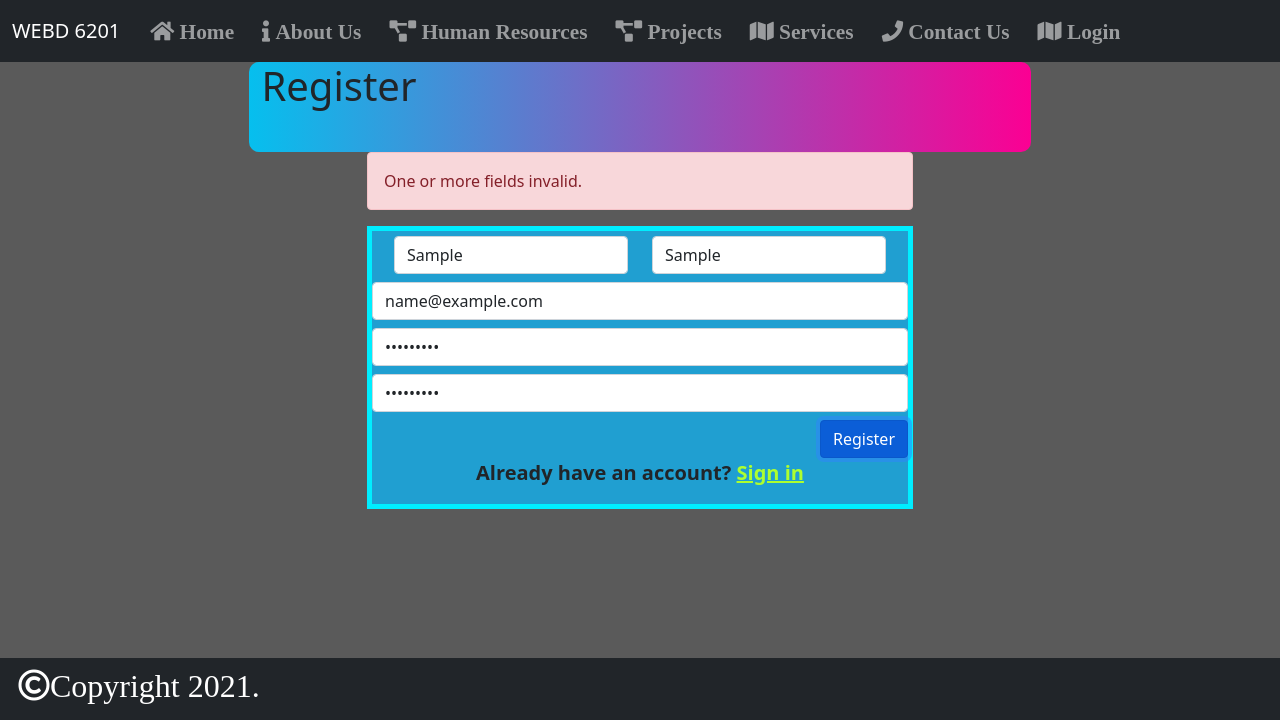
Repository: vans12345678/WEBD6201-W2021-Lab2
Page: register.html
An editor plug-in stored every save of this project. The page is shown before and after the next save, followed by the edit.
The browser window is 1280 px wide. The pictures show the whole page.
Empty fields were first filled with sample values (such as "Sample", 5 or name@example.com).
After loading, the first visible `#registerButton` was clicked once.

Above is the page before, as saved 2021-03-06 17:51:28.

After the next save:
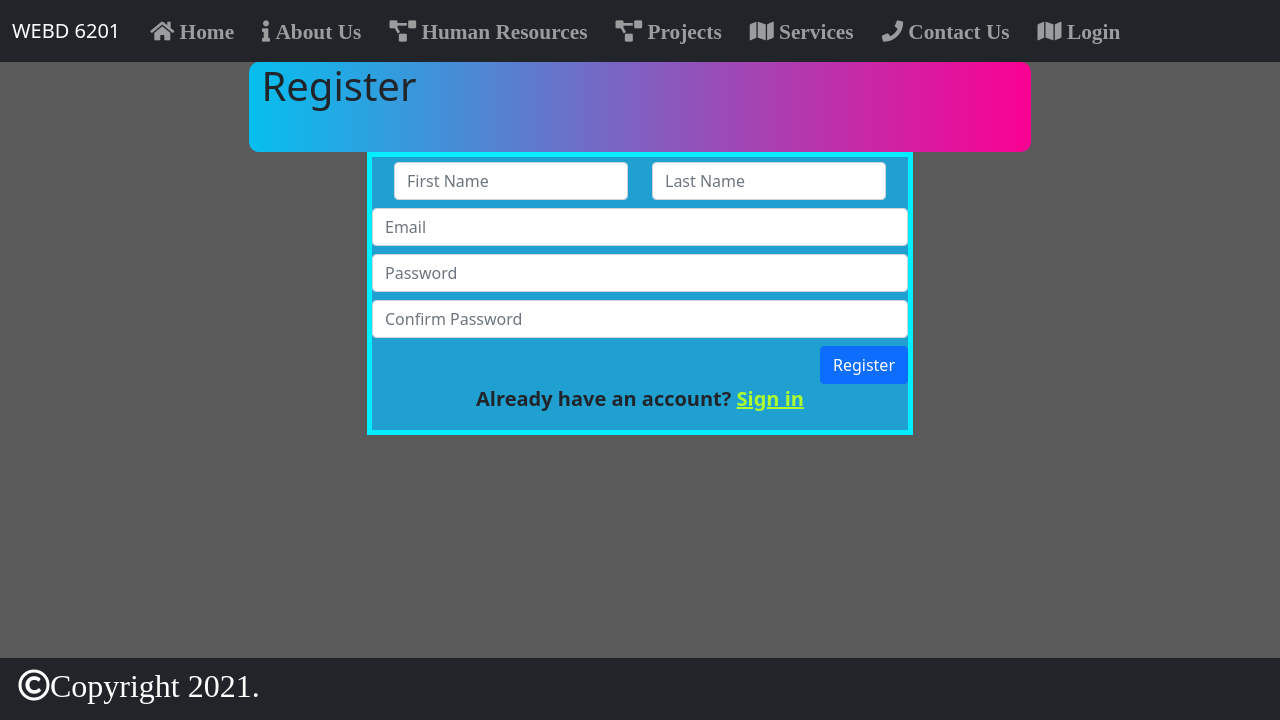
Saved 3 min 2 s later.
--- a/Scripts/app.js
+++ b/Scripts/app.js
@@ -399,7 +399,7 @@
 
           registerButton.addEventListener("click", function(event)
           {
-            if($("#firstName").val == "" || $("#lastName").val == "" || $("#emailAddress").val() == "" || $("#password").val == "" || $("#confirmPassword").val == "")
+            if($("#firstName").empty() || $("#lastName").empty() || $("#emailAddress").empty() || $("#password").empty() || $("#confirmPassword").empty())
             {
               //console.log("button clicked");
               event.preventDefault();
